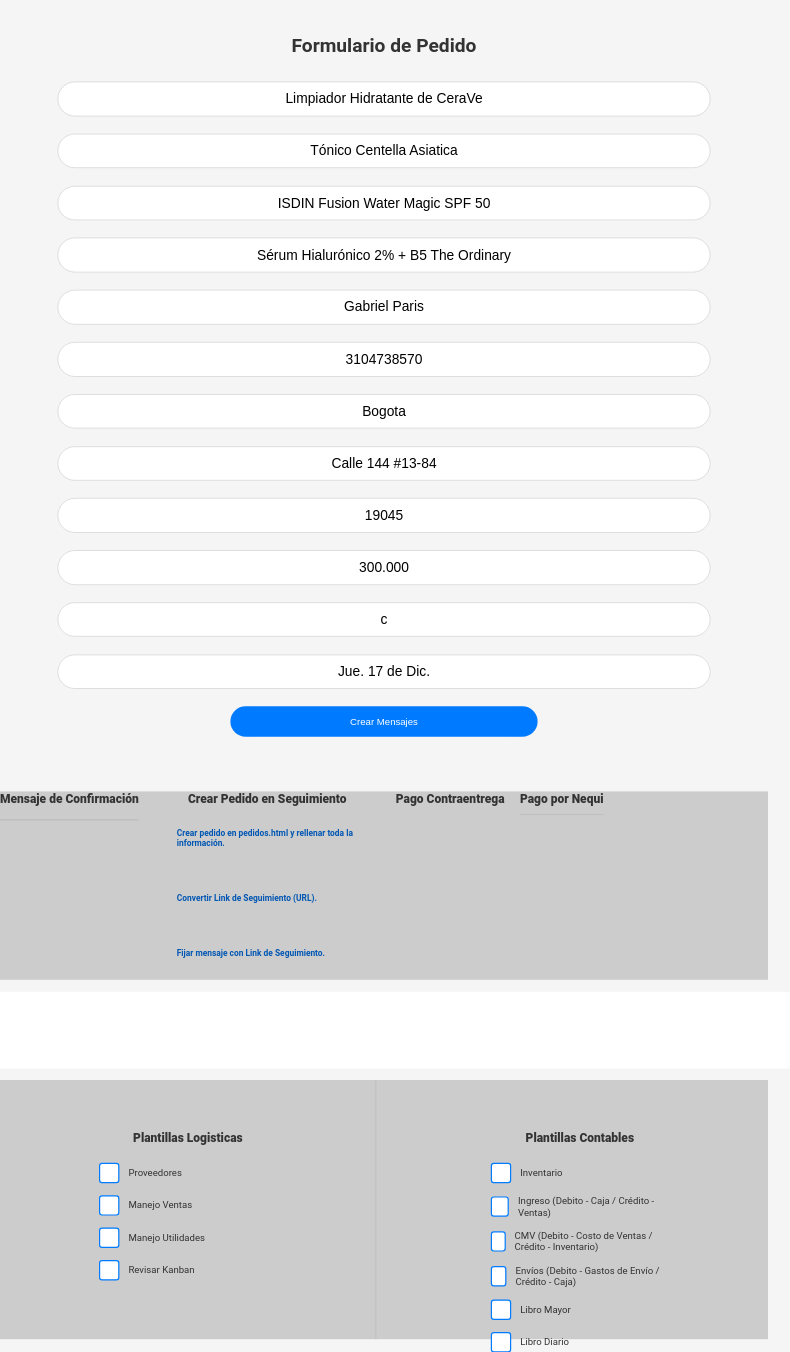
Repository: aCoupon0/intranet
Page: 1/venta-1.html
These files come from the project's save history. The page is drawn as it stood at one moment and after the next save; the edit follows.
The browser window is 1280 px wide. The page is 1316 px wide, so the pictures cover 1316 px, including what lies to the right of the window. The pictures show the whole page, at 60% of full size.

Above is the page before, as saved 2024-12-13 13:30:11.

After the next save:
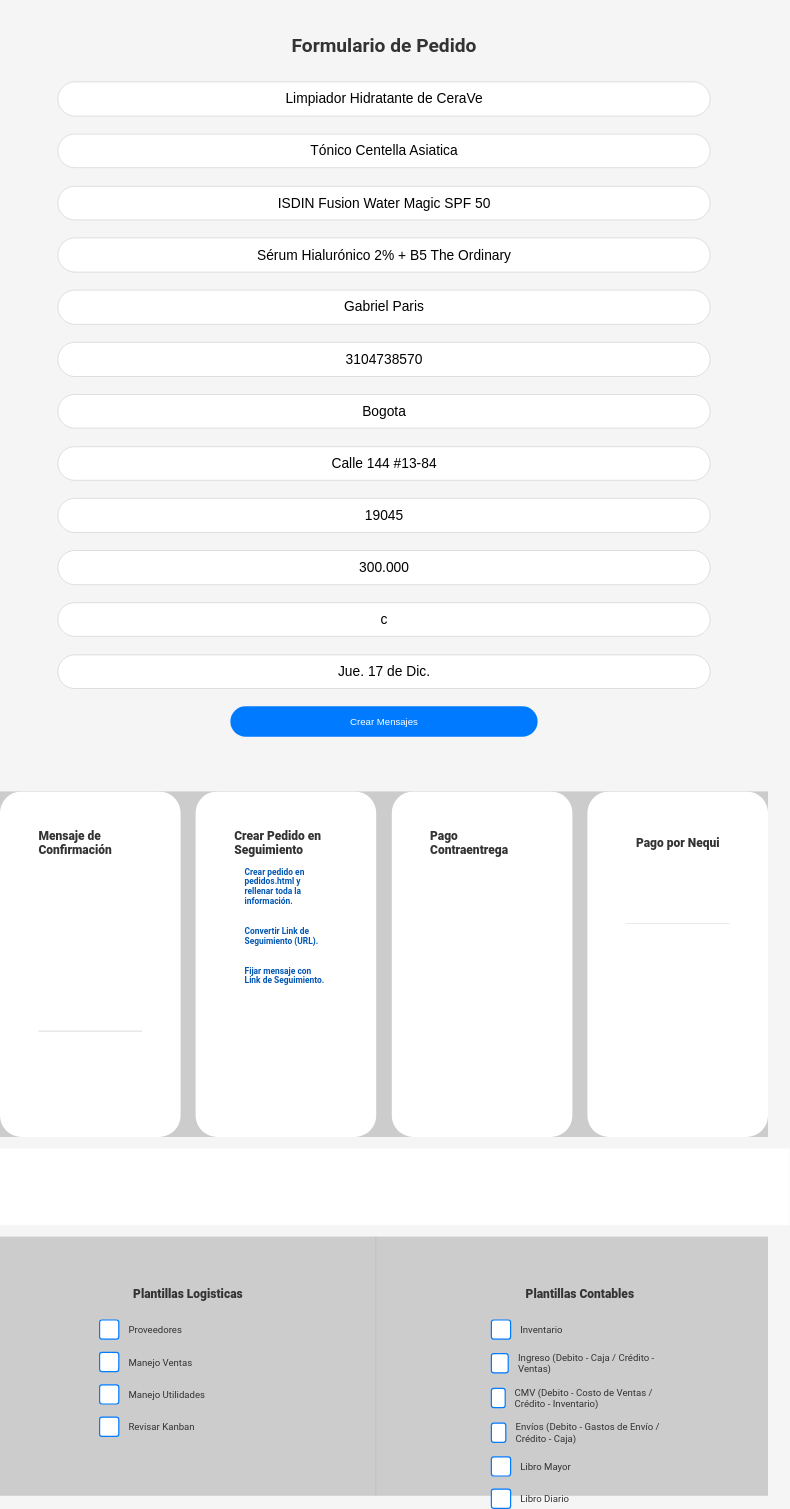
Saved 2 s later.
--- a/css/venta.css
+++ b/css/venta.css
@@ -61,7 +61,7 @@
     padding: 0; /* Eliminar padding */
 }
 
-.section-step {
+.section-dual {
     width: 60vw; /* Ancho del 60% de la pantalla */
     height: 80vh;
     border-radius: 5vh;
